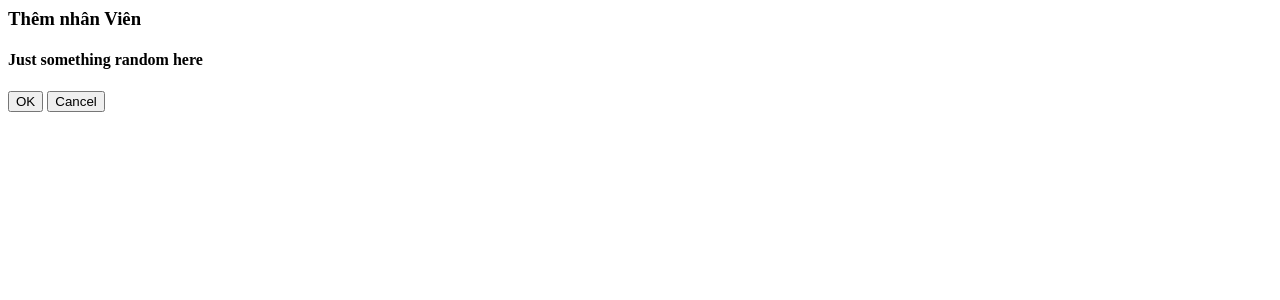
Repository: chickenoken/LuanAn
Page: http://localhost/net/quanLyNhanVienControl
An editor plug-in stored every save of this project. The page is shown before and after the next save, followed by the edit.
The browser window is 1280 px wide. The pictures show the whole page.
The page is served by Tomcat 9.

Above is the page before, as saved 2019-06-17 09:23:14.

After the next save:
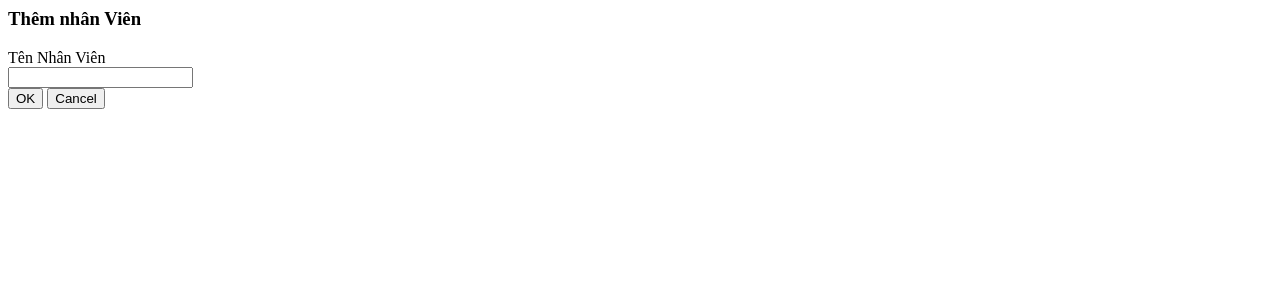
Saved 4 min 23 s later.
--- a/net/src/main/webapp/WEB-INF/pages/quanLyNhanVienControl.jsp
+++ b/net/src/main/webapp/WEB-INF/pages/quanLyNhanVienControl.jsp
@@ -2,7 +2,13 @@
   <h3>Thêm nhân Viên</h3>
 </div>
 <div class="modal-body">
- <h4>Just something random here</h4>
+  <div class="row">
+    <div class="form-group">
+      <div class="col-md-2"><span>Tên Nhân Viên</span></div>
+      <div class="col-md-10"><input type="text" ng-model="model.form.control.tenNv"></div>
+    </div>
+  </div>
+
 </div>
 <div class="modal-footer">
     <button class="btn btn-primary" ng-click="ok()">OK</button>
